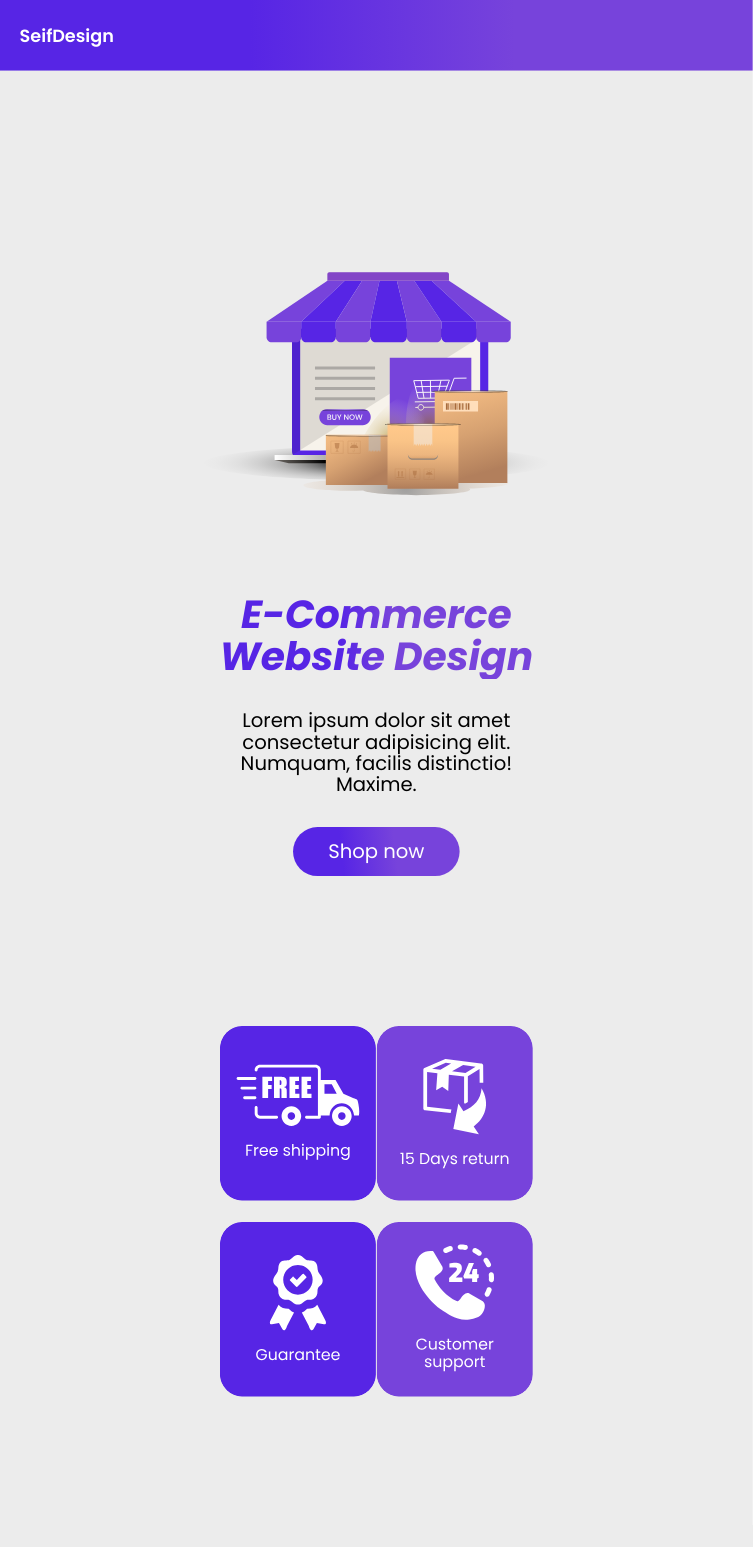
Repository: NatiqSamiyev/commers-desing-JS
Page: index.html
The author's editor kept a copy of each file at every save. The page is drawn from the files as they stood at one save, then again after a run of saves.
The browser window is 768 px wide. The pictures show the whole page, at 98% of full size.
Some web fonts or font styles are not loaded; a fallback is used.

Above is the page before, as saved 2023-11-06 11:36:35.

### index.html
<!DOCTYPE html>
<html lang="en">
  <head>
    <meta charset="UTF-8" />
    <meta name="viewport" content="width=device-width, initial-scale=1.0" />
    <title>Document</title>
    <link rel="stylesheet" href="index.css" />
  </head>
  <body>
    <div class="commerse-design-container">
      <div class="top-container">
        <h1>SeifDesign</h1>

        <nav>
          <ul>
            <li>
              <a href="#">Product</a>
            </li>
            <li>
              <a href="#">Pricing</a>
            </li>
            <li>
              <a href="#">Contact</a>
            </li>
          </ul>
        </nav>


      </div>

      <main>
        <div class="image-container">
          <div class="box-1">
            <h2>E-Commerce Website Design</h2>
            <p>
              Lorem ipsum dolor sit amet consectetur adipisicing elit. Numquam,
              facilis distinctio! Maxime.
            </p>
            <button>
              <a href="#">Shop now</a>
            </button>
          </div>

          <div class="box-2">
            <img src="./image/Group.svg" alt="" />
          </div>
        </div>


        <div class="bottom-container">
          <div class="box-1">
            <img src="./image/Frame 12.svg" alt="" />
            <img src="./image/Frame 11.svg" alt="" />
          </div>
         <div class="box-2">
          <img src="./image/Frame 10.svg" alt="" />
          <img src="./image/Frame 13.svg" alt="" />
         </div>

        </div>
      </main>


  </body>
  <script src="./index.js"></script>
</html>

### index.css
@import url("https://fonts.googleapis.com/css2?family=Epilogue:wght@400;600;700;800;900&family=Inter:wght@400;500;600;700&family=Laila:wght@700&family=Open+Sans:wght@400;600;700;800&family=Poppins:ital,wght@0,400;0,500;0,600;0,700;1,700&family=Roboto+Slab:wght@700&family=Roboto:wght@400;700;900&display=swap");

* {
  margin: 0;
  padding: 0;
  box-sizing: border-box;
}

.commerse-design-container {
  width: 100%;
  padding: 0 0 33px 0;
  min-height: 100vh;
}

.top-container {
  width: 100%;
  padding: 16px 0 21px 34px;
  height: 72px;
  display: flex;
  justify-content: flex-start;
  align-items: center;
  background: linear-gradient(270deg, #7743db 31.64%, #5725e5 66.78%);
}

.top-container h1 {
  color: #fff;
  font-family: Poppins;
  font-size: 26px;
  font-style: normal;
  font-weight: 600;
  line-height: normal;
}

.top-container nav {
  margin-left: 200px;
}

.top-container nav ul {
  display: flex;
}

.top-container nav ul li {
  margin-right: 73px;
  list-style-type: none;
}

.top-container nav ul li a {
  text-decoration: none;
  color: #fff;
  text-align: center;
  font-family: Poppins;
  font-size: 24px;
  font-style: normal;
  font-weight: 300;
  line-height: normal;
}



main {
  width: 100%;
  padding: 80px 83px;

}
main .image-container{
  margin-bottom: 83px;
  display: flex;
  justify-content: space-between;
}

main .image-container .box-1 {
  padding: 3px 34px;
  height: 403px;
}

.box-1 h2 {
  margin-bottom: 32px;
  font-family: Poppins;
  font-size: 68px;
  font-style: italic;
  font-weight: 700;
  line-height: 109%;
  background: linear-gradient(268deg, #7743db 46.2%, #5725e5 59.09%);
  background-clip: text;
  -webkit-background-clip: text;
  -webkit-text-fill-color: transparent;
}

.box-1 p {
  margin-bottom: 32px;
  color: #000;
  font-family: Poppins;
  font-size: 26px;
  font-style: normal;
  font-weight: 300;
  line-height: 109%;
}

.box-1 button {
  width: 170px;
  height: 50px;
  padding: 0px 24px;
  display: flex;
  justify-content: center;
  align-items: center;
  gap: 10px;
  border-radius: 25px;
  background: linear-gradient(263deg, #7743db 38.81%, #5725e5 70.24%);
  border: none;
}

.box-1 button a {
  text-decoration: none;
  color: #fff;
  font-family: Poppins;
  font-size: 20px;
  font-style: normal;
  font-weight: 400;
  line-height: 109%;
}

.box-2 img {
  width: 677.61px;
  height: 437.417px;
}

.bottom-container {
  display: flex;
  justify-content: center;
}

.bottom-container img {
  margin-right: 64px;
  width: 178px;
  height: 199px;
  padding: 10px;
  border-radius: 25px;
}
.bottom-container .box-1{
  display: flex;
}

.bottom-container .box-2{
  display: flex;
}
/* mobile design */

@media screen and (max-width: 768px) {
  .commerse-design-container {
    background-color: #ececec;
  }

  .top-container {
    padding: 17.5px 20px;
    justify-content: space-between;
  }

  .top-container h1 {
    font-size: 18px;
  }

  .top-container nav {
    display: none;
  }


  .top-container form label {
    height: 10px;
  }

  .top-container form input {
    width: 37px;
    height: 5px;
    margin-bottom: 2px;
    border-radius: 3px;
    border: none;
  }

  main {
    margin-top: 111px;
    margin-bottom: 0;

  }

  .box-2 {
    margin-bottom: 29px;
    display: flex;
    justify-content: center;
    align-items: center;
  }
 .image-container {
  flex-direction: column-reverse;
 }
  .box-2 img {
    width: 352px;
    height: 256.511px;
  }

 .image-container .box-1 {
    width: 100%;
    padding: 0;
    height: 312px;
    display: flex;
    justify-content: center;
    flex-direction: column;
    align-items: center;
  }

 .image-container .box-1 h2 {
    width: 390px;
    text-align: center;
    font-size: 40px;
  }

  .box-1 p {
    width: 332px;
    text-align: center;
    font-size: 20px;
  }

  .bottom-container {
    margin: auto;
    width: 345px;
    margin-top: 46px;
    display: flex;
    height: 431px;
    flex-direction: column;
    justify-content: center;
    align-items: center;
    gap: 20px;
    flex-wrap: wrap;
  }

  .bottom-container img {
    width: 160px;
    height: 180px;
    padding: 0;
    margin-right: 0;
  }

  .box-1 button {
    margin-bottom: 0;
  }
}

Loaded but not shown: index.js (no stored copy; drawn as an empty file)

After the next 2 saves:
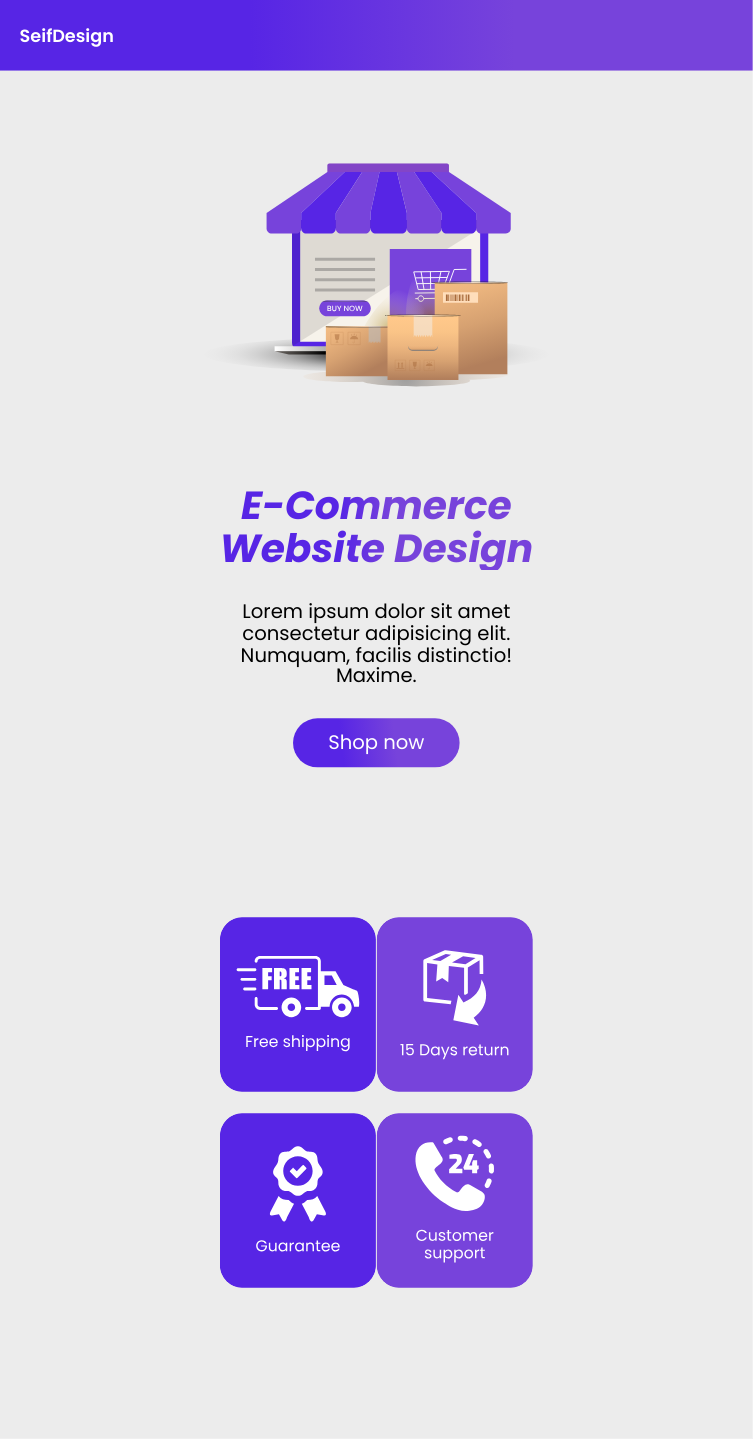
The 2 saves are shown as one change because they came seconds apart.
The last was saved 8 s later.
--- a/index.css
+++ b/index.css
@@ -164,20 +164,9 @@ main .image-container .box-1 {
   }
 
 
-  .top-container form label {
-    height: 10px;
-  }
-
-  .top-container form input {
-    width: 37px;
-    height: 5px;
-    margin-bottom: 2px;
-    border-radius: 3px;
-    border: none;
-  }
 
   main {
-    margin-top: 111px;
+
     margin-bottom: 0;
 
   }
